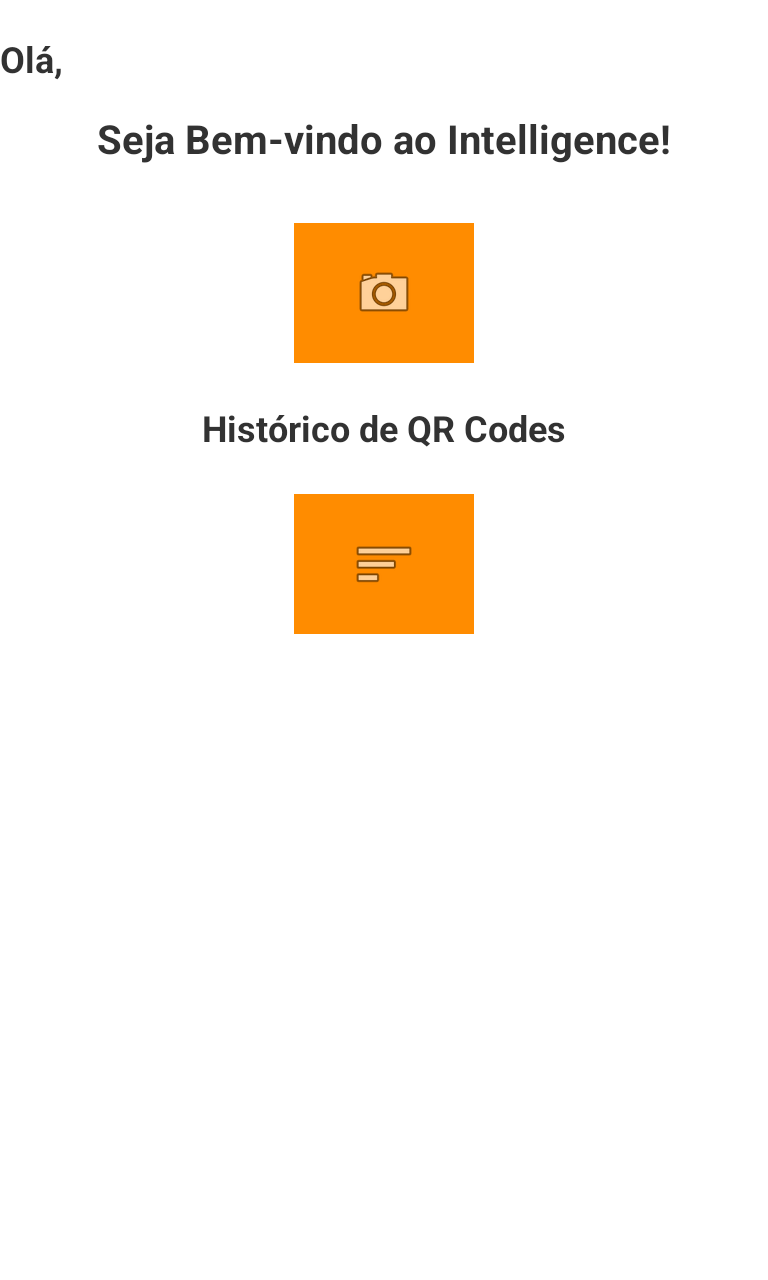
Repository: jhonpatrick/Projeto-QrCode-TDA-Informatica-
Layout: inteligence/res/layout/activity_intelligence.xml
An editor plug-in stored every save of this project. The layout is shown before and after the next save, followed by the edit.
It is drawn on a 768 x 1280 px phone screen (xhdpi) without system bars, with theme AppTheme; the app's code is not run.

Above is the layout before, as saved 2016-03-03 13:20:32.

After the next save:
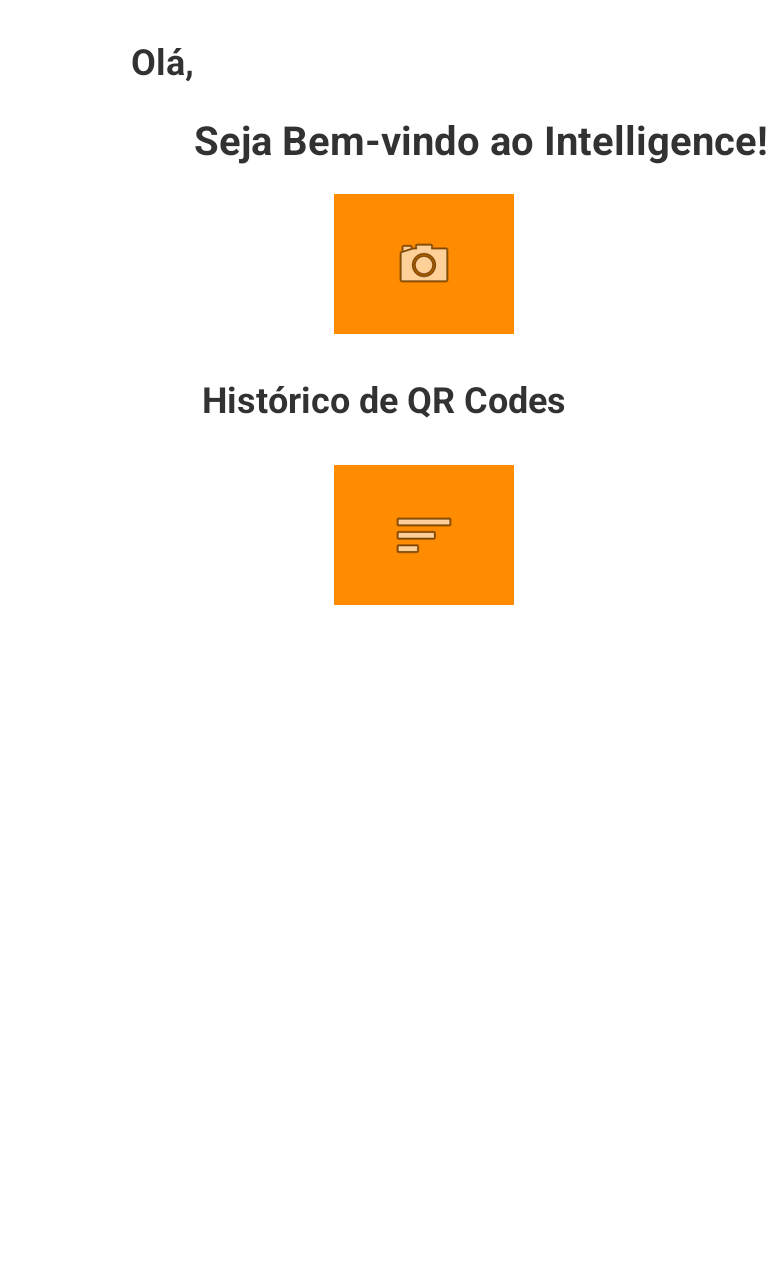
Saved 25 s later.
--- a/inteligence/res/layout/activity_intelligence.xml
+++ b/inteligence/res/layout/activity_intelligence.xml
@@ -28,25 +28,13 @@
         android:onClick="historicoQr"
         android:src="@android:drawable/ic_menu_sort_by_size" />
 
-    <ImageButton
-        android:id="@+id/imgb_digitalizar"
-        android:layout_width="90sp"
-        android:layout_height="70sp"
-        android:layout_below="@+id/textView1"
-        android:layout_centerHorizontal="true"
-        android:layout_marginTop="29dp"
-        android:background="#FF8C00"
-        android:contentDescription="@string/app_name"
-        android:onClick="digitalizar"
-        android:src="@android:drawable/ic_menu_camera" />
-
     <TextView
         android:id="@+id/textView1"
         android:layout_width="wrap_content"
         android:layout_height="wrap_content"
-        android:layout_below="@+id/textView2"
-        android:layout_centerHorizontal="true"
-        android:layout_marginTop="14dp"
+        android:layout_alignParentRight="true"
+        android:layout_alignParentTop="true"
+        android:layout_marginTop="56dp"
         android:text="@string/bem_vindo"
         android:textSize="20sp"
         android:textStyle="bold" />
@@ -55,11 +43,24 @@
         android:id="@+id/textView2"
         android:layout_width="wrap_content"
         android:layout_height="wrap_content"
-        android:layout_alignLeft="10sp"
         android:layout_alignParentTop="true"
-        android:layout_marginTop="17dp"
+        android:layout_marginTop="18dp"
+        android:layout_toLeftOf="@+id/textView1"
         android:text="@string/ola_usuario"
         android:textSize="18sp"
         android:textStyle="bold" />
 
+    <ImageButton
+        android:id="@+id/imgb_digitalizar"
+        android:layout_width="90sp"
+        android:layout_height="70sp"
+        android:layout_alignRight="@+id/textView3"
+        android:layout_below="@+id/textView1"
+        android:layout_marginRight="26dp"
+        android:layout_marginTop="14dp"
+        android:background="#FF8C00"
+        android:contentDescription="@string/app_name"
+        android:onClick="digitalizar"
+        android:src="@android:drawable/ic_menu_camera" />
+
 </RelativeLayout>
